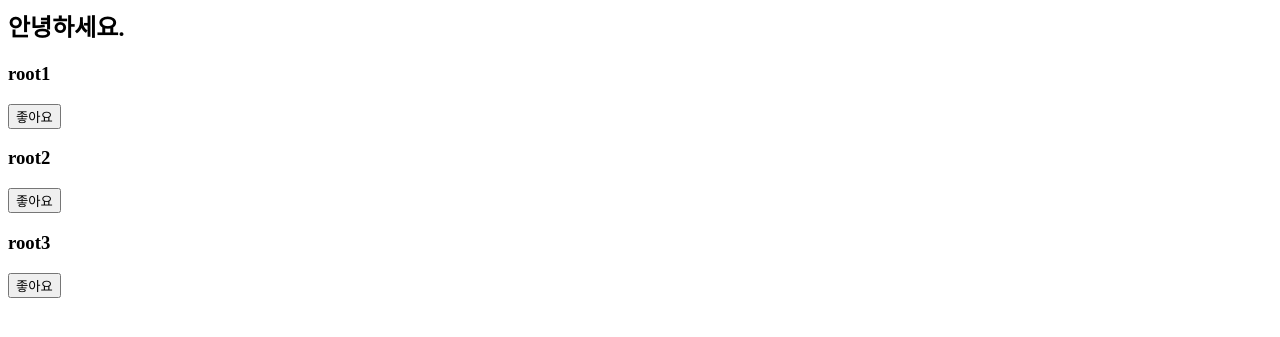
Repository: siyul-jh/React_Study
Page: babel/simple1.html
The author's editor kept a copy of each file at every save. The page is drawn from the files as they stood at one save, then again after the next save.
The browser window is 1280 px wide. The pictures show the whole page.

Above is the page before, as saved 2020-10-05 16:31:24.

After the next save:
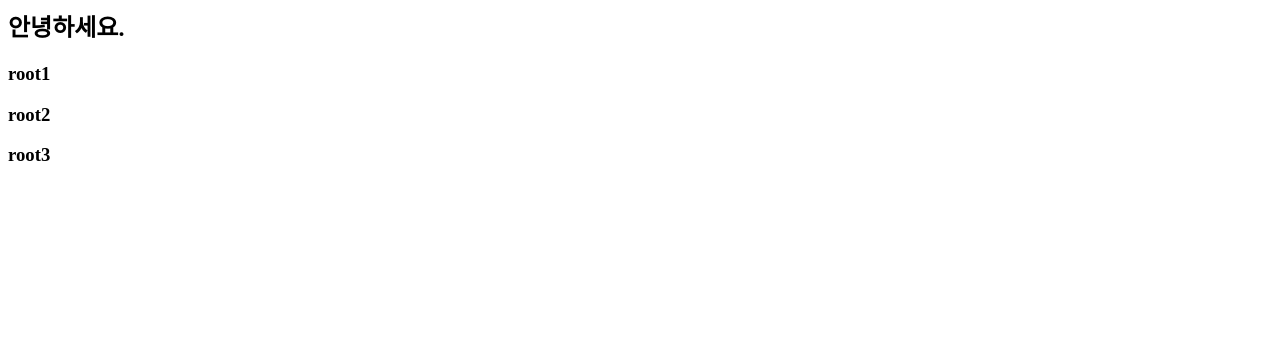
Console error: SyntaxError: Unexpected token ')'
Saved 5 min 21 s later.
--- a/babel/simple1.js
+++ b/babel/simple1.js
@@ -7,9 +7,15 @@
         text,
     );
 }
-const domContainer1 = document.getElementById('root1');
-ReactDOM.render(React.createElement(LikeButton), domContainer1);
-const domContainer2 = document.getElementById('root2');
-ReactDOM.render(React.createElement(LikeButton), domContainer2);
-const domContainer3 = document.getElementById('root3');
-ReactDOM.render(React.createElement(LikeButton), domContainer3);
+
+function Container() {
+    const [count, setCount] = React.useState(0);
+    return React.createElement(
+        'div',
+        { style : {marginTop: 20}},
+        React.createElement('span',null,'현재 카운트: '),
+        React.createElement('span',{style:{marginRight: 10}}, count),
+        React.createElement('button', {onClick:() => setCount(count+1)),
+            '증가')
+    )
+}

After the 3 saves that followed:
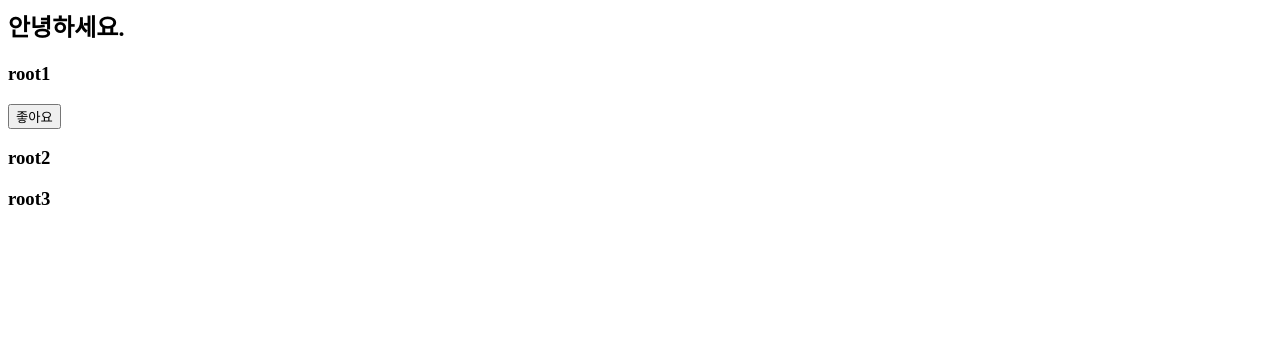
The error is gone.
The 3 saves are shown as one change because 2 left the picture as it was.
The last was saved 3 min 20 s later.
--- a/babel/simple1.js
+++ b/babel/simple1.js
@@ -15,7 +15,11 @@
         { style : {marginTop: 20}},
         React.createElement('span',null,'현재 카운트: '),
         React.createElement('span',{style:{marginRight: 10}}, count),
-        React.createElement('button', {onClick:() => setCount(count+1)),
-            '증가')
+        React.createElement('button', {onClick:() => setCount(count+1)}, '증가'),
+        React.createElement('button', {onClick:() => setCount(count-1)}, '감소'),
+
     )
 }
+
+const domContainer1 = document.getElementById('root1');
+ReactDOM.render(React.createElement(LikeButton), domContainer1);
